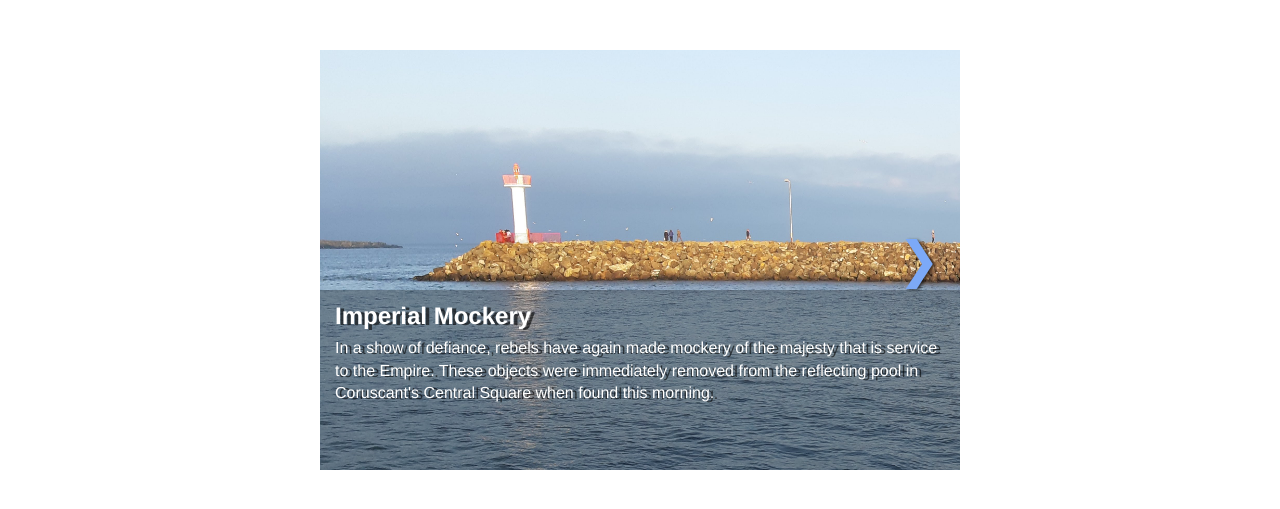
Repository: fmallett/HappyOut
Page: / (app in PhotoSlider/)
These files come from the project's save history. The page is drawn as it stood at one moment and after the next save; the edit follows.
The browser window is 1280 px wide. The pictures show the whole page.
The project was rebuilt for these pictures with package versions that can differ from the ones it lists, and the page was loaded fresh each time. Also part of the build but not shown: PhotoSlider/webpack.config.js.

Above is the page before, as saved 2019-11-29 14:17:13.

After the next save:
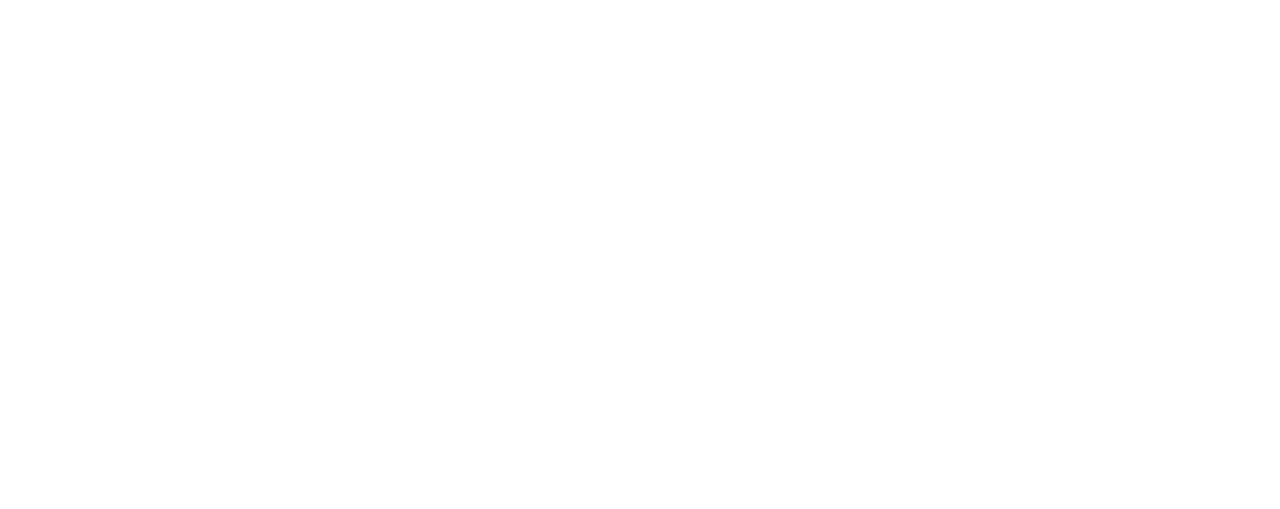
Console error: ReferenceError: fill is not defined
Saved 2 min 14 s later.
--- a/PhotoSlider/src/config-styles.js
+++ b/PhotoSlider/src/config-styles.js
@@ -1,4 +1,7 @@
 export default {
   imageWidth: 640,
-  imageHeight: 420
+  imageHeight: 420,
+  crop: fill,
+  effect: sepia,
+  radius: 20
 }

After the 2 saves that followed:
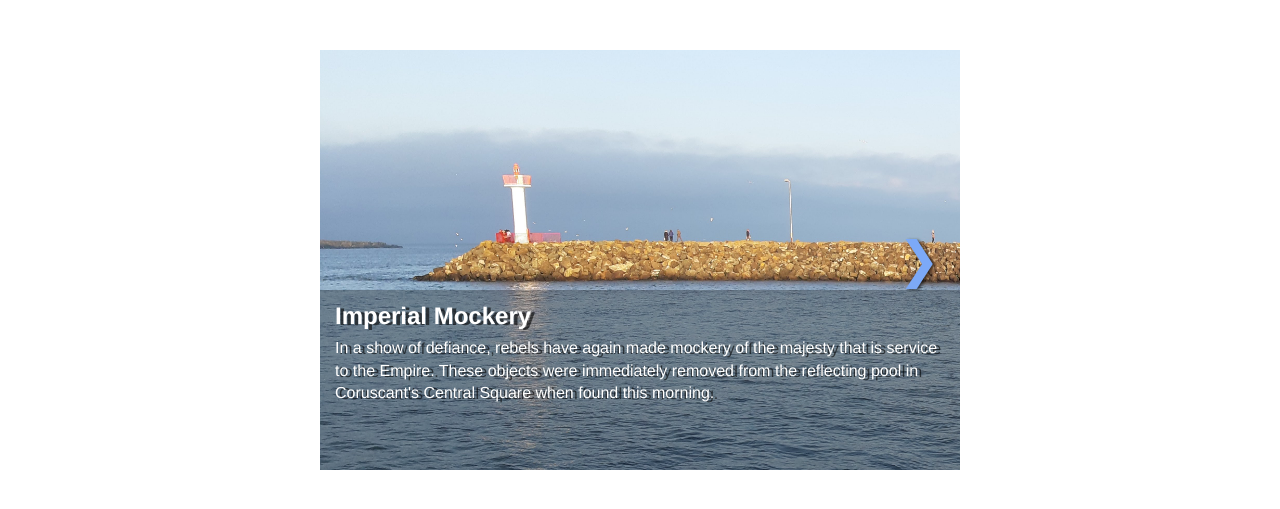
The error is gone.
The 2 saves are shown as one change because 1 left the picture as it was.
The last was saved 14 s later.
--- a/PhotoSlider/src/config-styles.js
+++ b/PhotoSlider/src/config-styles.js
@@ -1,7 +1,4 @@
 export default {
   imageWidth: 640,
   imageHeight: 420,
-  crop: fill,
-  effect: sepia,
-  radius: 20
 }
